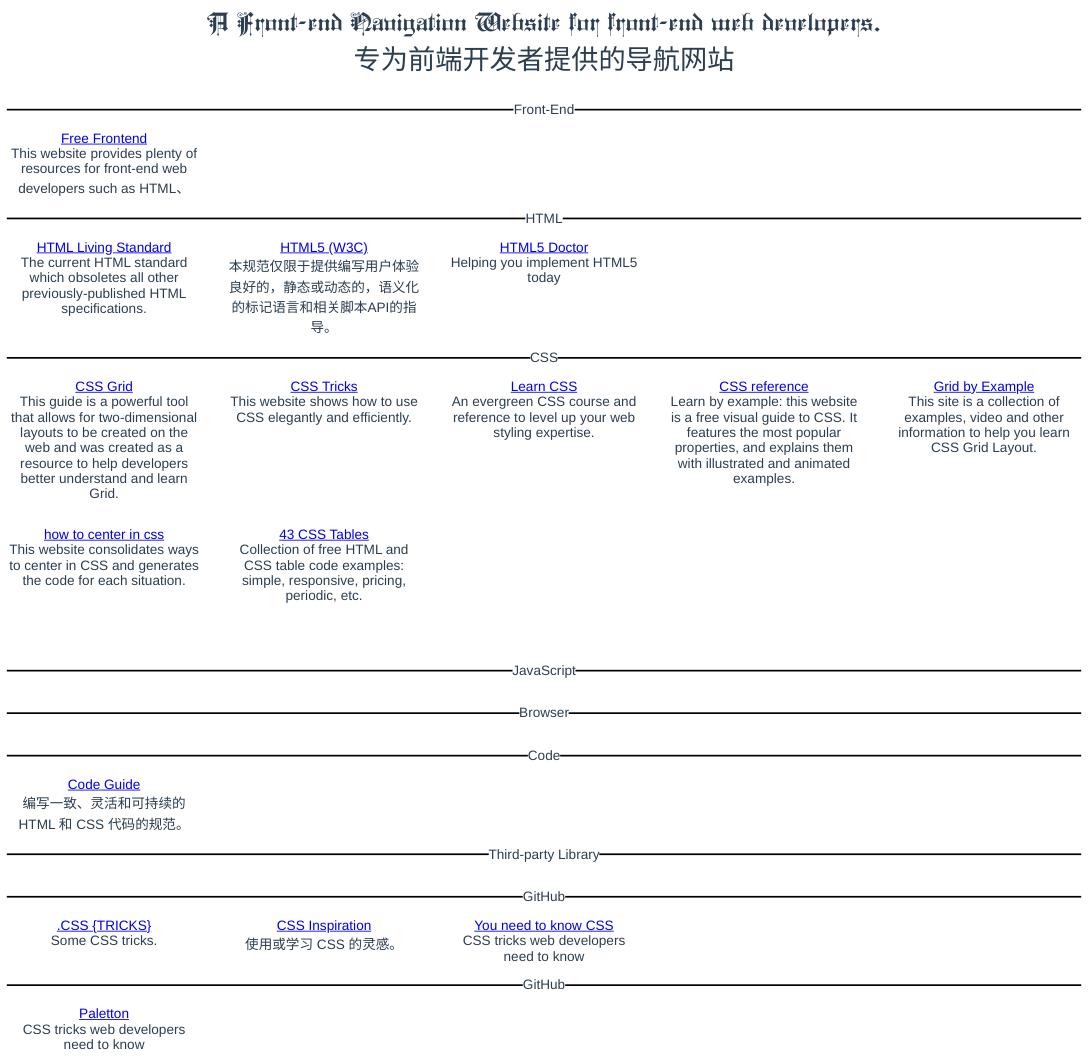
Repository: 321paranoiawhy/fenav.io
Page: /
The author's editor kept a copy of each file at every save. The page is drawn from the files as they stood at one save, then again after a run of saves.
The browser window is 1280 px wide. The pictures show the whole page, at 85% of full size.
The project was rebuilt for these pictures with package versions that can differ from the ones it lists, and the page was loaded fresh each time. Also part of the build but not shown: vue.config.js.

Above is the page before, as saved 2022-04-06 00:59:41.

After the next 5 saves:
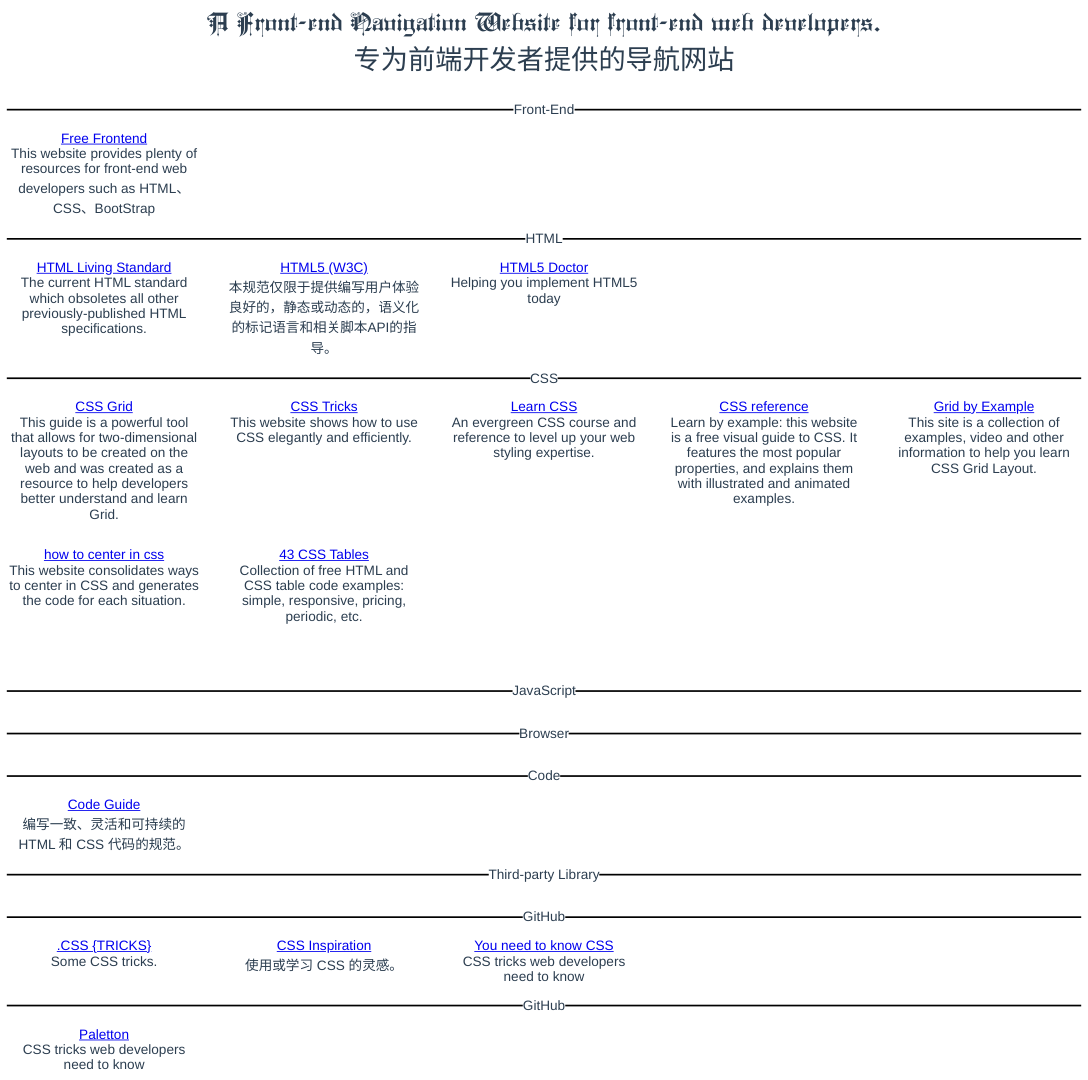
The 5 saves are shown as one change because they came seconds apart.
The last was saved 15 s later.
--- a/src/views/HomeView.vue
+++ b/src/views/HomeView.vue
@@ -11,7 +11,7 @@
                 >Free Frontend</a
             >
             <div class="description">
-                This website provides plenty of resources for front-end web developers such as HTML、
+                This website provides plenty of resources for front-end web developers such as HTML、CSS、BootStrap
             </div>
         </div>
     </div>
